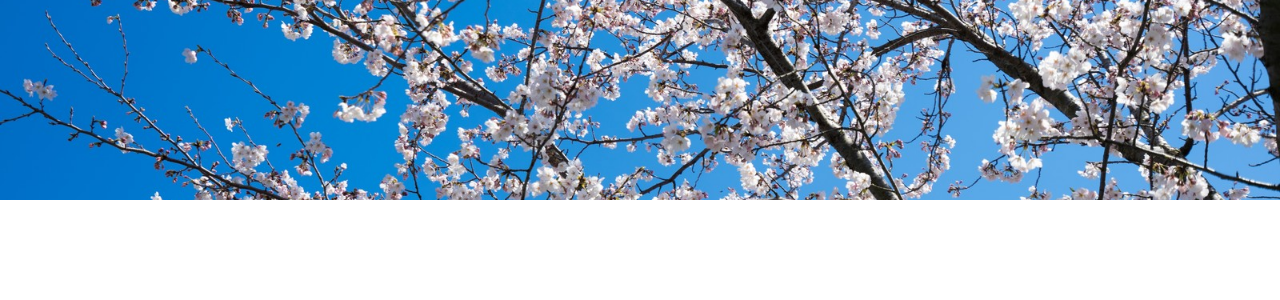
Repository: Yuya0829/HTML
Page: exercise/exercise6.html
The author's editor kept a record of every edit. The page is drawn from the files as they stood at one moment, then again after the next edit.
The browser window is 1280 px wide. The pictures show the whole page.

Above is the page before.

### exercise/exercise6.html
<!DOCTYPE html>
<html lang="ja">
  <head>
    <meta charset="UTF-8" />
    <!-- cssファイルの読み込み -->
    <link rel="stylesheet" href="exercise6.css" />
    <title>EXERCISE6</title>
  </head>

  <body>
    <div class="box1">
    <div class="box1">
    <div class="box1">
    <div class="box1">
    </div>
  </body>
</html>

### exercise/exercise6.css
* {
  margin: 0;
  padding: 0;
  box-sizing: border-box;
}

.box1 {
  height: 200px;
  background-image: url(img/box1.jpg);
  background-size: cover;
  background-position: center;
}

.box2 {
  height: 200px;
  background-image: url(img/box2.jpg);
  background-size: cover;
  background-position: center;
}

.box3 {
  height: 200px;
  background-image: url(img/box3.jpg);
  background-size: cover;
  background-position: center;
}

.box4 {
  height: 200px;
  background-image: url(img/box4.jpg);
  background-size: cover;
  background-position: center;
}

After the next edit:
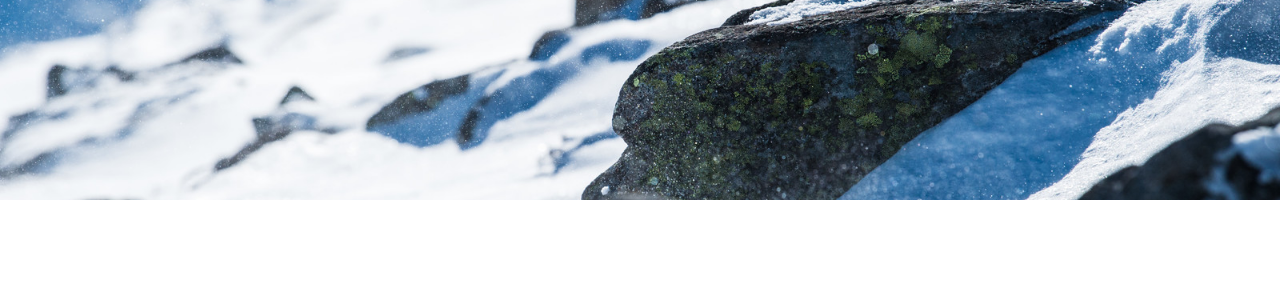
The edit:
--- a/exercise/exercise6.html
+++ b/exercise/exercise6.html
@@ -9,9 +9,9 @@
 
   <body>
     <div class="box1">
-    <div class="box1">
-    <div class="box1">
-    <div class="box1">
+    <div class="box2">
+    <div class="box3">
+    <div class="box4">
     </div>
   </body>
 </html>
